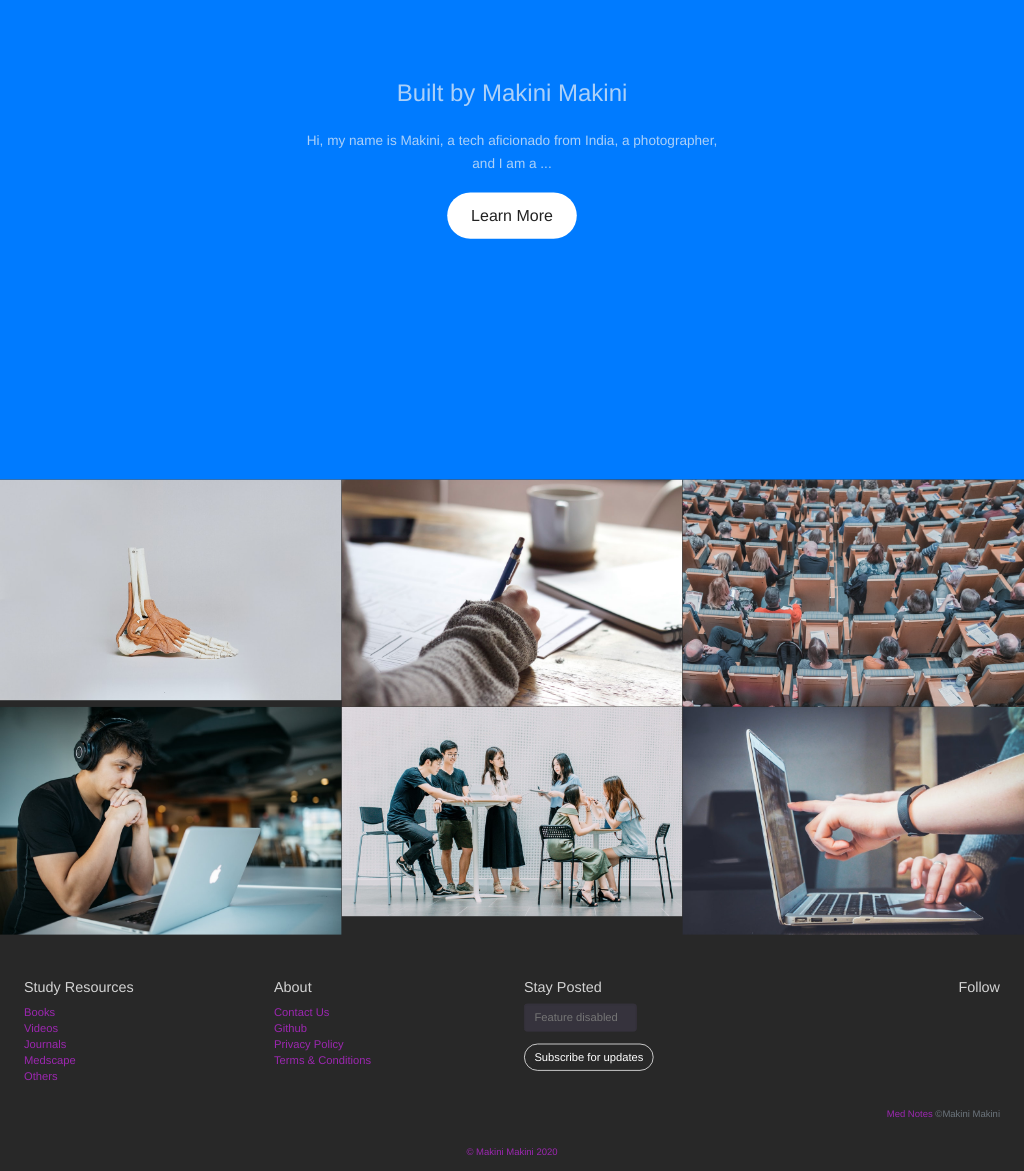
Repository: MakiniMakini/AMSUN-NOTES
Page: http://localhost/
The author's editor kept a copy of each file at every save. The page is drawn from the files as they stood at one save, then again after the next save.
The browser window is 1280 px wide. The pictures show the part of the page from y = 787 to 2251 px (the page is 2251 px tall), at 80% of full size.
Some web fonts or font styles are not loaded; a fallback is used. The page is served by the project's application, run on Flask 3 (application.py).

Above is the page before, as saved 2020-12-27 16:27:29.

After the next save:
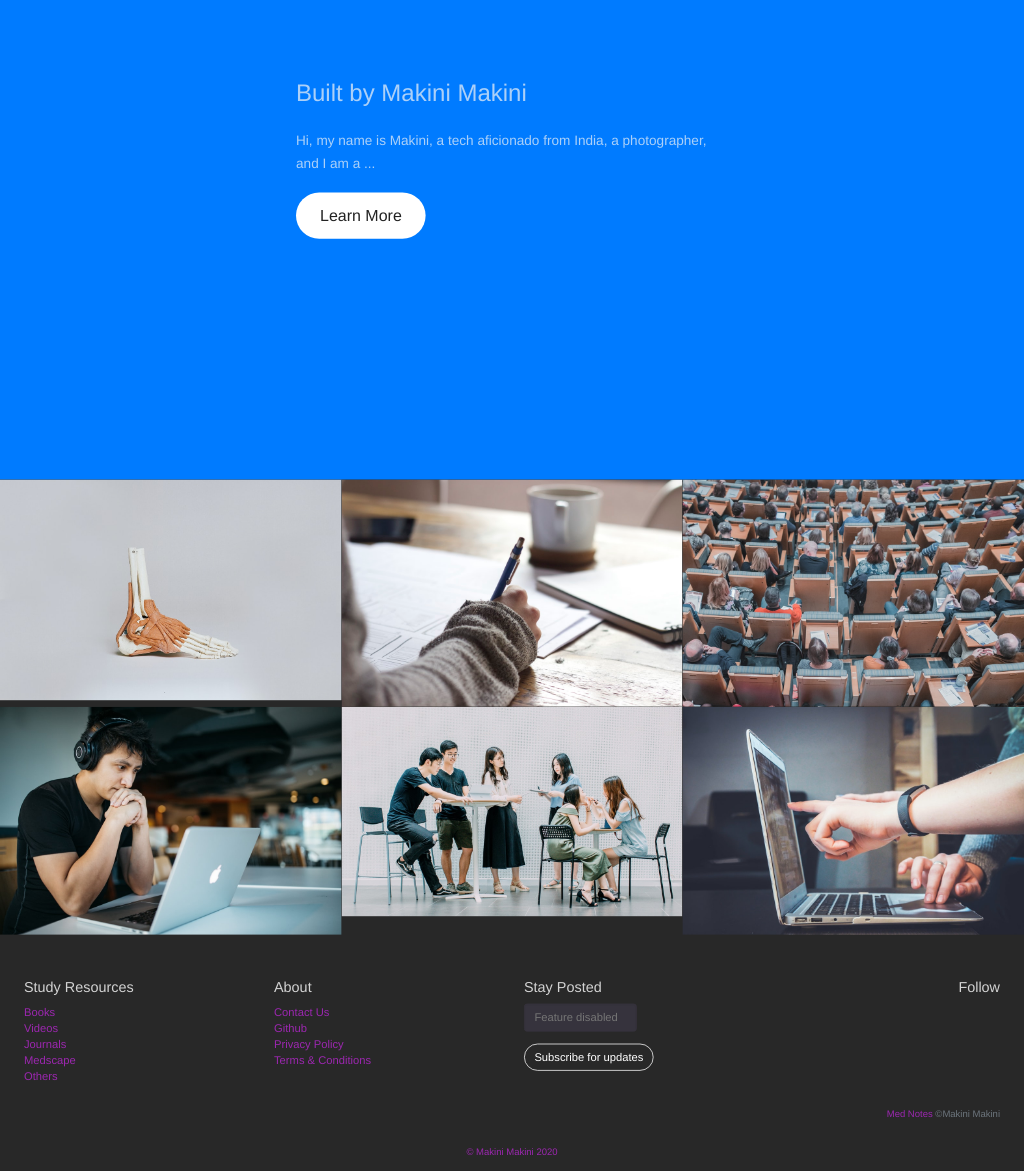
Saved 67 s later.
--- a/templates/home.html
+++ b/templates/home.html
@@ -26,7 +26,7 @@
 <section  id="one"  class="bg-primary" >
     <div class="container">
         <div class="row">
-            <div class="col-lg-6 col-lg-offset-3 col-md-8 col-md-offset-2 text-center">
+            <div class="col-lg-6 col-lg-offset-3 col-md-8 col-md-offset-2 justify-content-center">
                 <h2 class="margin-top-0  text-faded">Built by Makini Makini</h2>
                 <br>
                 <p class="text-faded">
